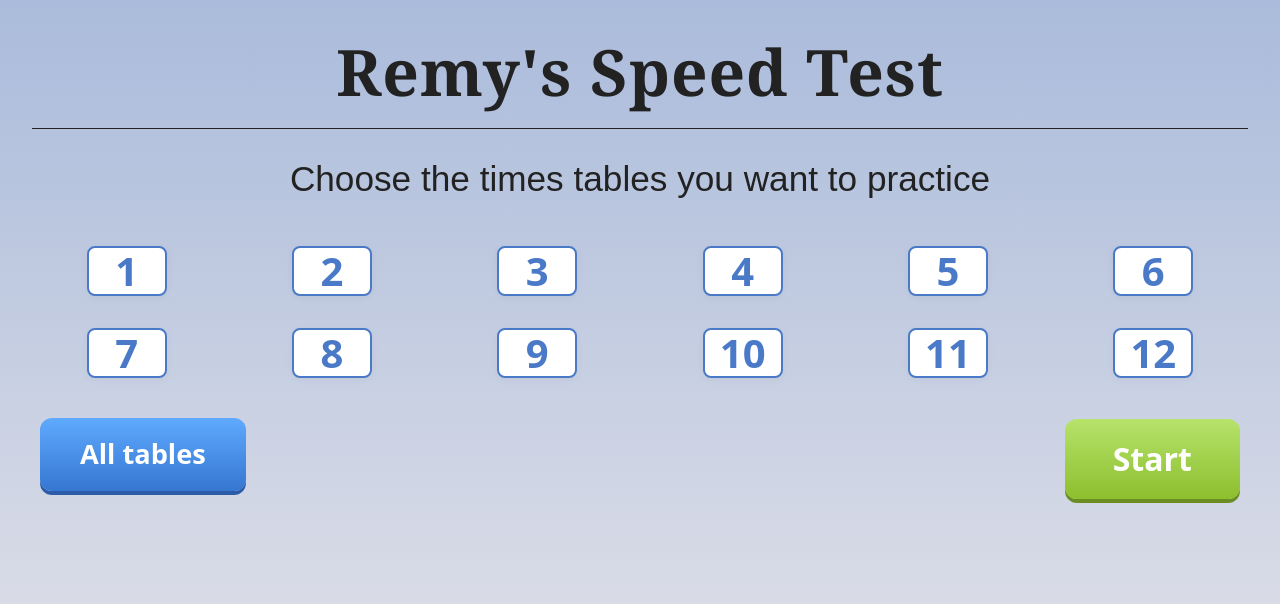
Repository: Chinurum-Omenuko/remys-speed-test
Page: / (app in app/)
These files come from the project's save history. The page is drawn as it stood at one moment and after the next save; the edit follows.
The browser window is 1280 px wide. The pictures show the whole page.
The project was rebuilt for these pictures with package versions that can differ from the ones it lists, and the page was loaded fresh each time. The framework's server and built-in components were replaced by stand-ins that run in the browser. Also part of the build but not shown: app/svelte.config.js, app/vite.config.ts.

Above is the page before, as saved 2025-11-17 09:54:30.

### app/src/routes/+page.svelte

<script lang="ts">
	import { goto } from "$app/navigation";
	import { GameStore } from "../stores/gameStore.svelte";

	let store = GameStore;
	let chosenTables = store.getTables()
	const tables = Array.from({ length: 12 }, (_, i) => i + 1);

	function selectTable(table: number) {
		store.addTables(table)
	}

	function allTables(){
		tables.forEach(table => {
			let index = chosenTables.indexOf(table)
			if(!chosenTables.includes(table)){
				selectTable(table)
				return
			}
			chosenTables.splice(index, 1)
		});
	}


	function start() {
		store.generateQuestions(chosenTables)
		goto("/test")
	}



	function lastResults() {
		alert('Show last results');
	}
</script>
<div class="landing-bg">
	<div style="padding: 1.5rem 2rem 0 2rem;">
		<div class="title">Remy's Speed Test</div>
		<div class="dotted"></div>
		<div class="subtitle">Choose the times tables you want to practice</div>
		<div class="content">
			<div class="tables-grid">
				{#each tables as table}
					<button
						type="button"
						class="table-btn {chosenTables.includes(table) ? 'selected' : ''}"
						on:click={() => {

							selectTable(table)
							}}
						aria-pressed={chosenTables[table] === table}
					>
						{table}
					</button>
				{/each}
			</div>
			<div class="actions">
				<div class="left-actions">
					{#if chosenTables.length == 12}
						<button class="blue-btn" on:click={allTables}>Deselect All Tables</button>
					{:else}
						<button class="blue-btn" on:click={allTables}>All tables</button>
					{/if}
				</div>
				<button class="green-btn" on:click={start}>Start</button>
			</div>
		</div>
	</div>
</div>

<style>
	.landing-bg {
		background: linear-gradient(180deg, #aabbdb, #e2e2e9);
		min-height: 100vh;
		padding: 0;
		margin: 0;
	}
	.title {
		font-size: 4rem;
		font-weight: 700;
		margin: 0 0 0.5rem 0;
		letter-spacing: 1px;
		color: #222;
		font-family: Georgia, 'Times New Roman', Times, serif;
		text-align: center;
	}
	.dotted {
		border-bottom: 1px solid #222;
		margin-bottom: 1.5rem;
	}
	.subtitle {
		font-size: 2.2rem;
		font-weight: 100;
		margin-bottom: 2.5rem;
		text-align: center;
		color: #222;
		font-family: Arial, Helvetica, sans-serif;
	}
	.tables-grid {
		display: grid;
		grid-template-columns: repeat(6, 1fr);
		gap: 2rem;
		max-width: 1200px;
		margin: 0 auto 2.5rem auto;
	}
	.table-btn {
		background: #fff;
		border: 2px solid #4a7ac7;
		border-radius: 8px;
		font-size: 2.5rem;
		font-weight: 700;
		color: #4a7ac7;
		width: 180px;
		height: 130px;
		display: flex;
		align-items: center;
		justify-content: center;
		cursor: pointer;
		transition: box-shadow 0.2s, border 0.2s;
		margin: 0 auto;
		box-shadow: 0 2px 8px rgba(0,0,0,0.04);
	}
	.table-btn.selected {
		border: 3px solid #2e5eaa;
		background: #eaf1ff;
		color: #2e5eaa;
	}
	.actions {
		display: flex;
		justify-content: space-between;
		align-items: flex-end;
		max-width: 1200px;
		margin: 2rem auto 0 auto;
	}
	.left-actions {
		display: flex;
		flex-direction: column;
		gap: 1.2rem;
	}
	.blue-btn {
		background: linear-gradient(180deg, #5faaff 0%, #3576d1 100%);
		color: #fff;
		font-size: 1.7rem;
		font-weight: 600;
		border: none;
		border-radius: 12px;
		padding: 1rem 2.5rem;
		box-shadow: 0 4px 0 #2b5ca7;
		cursor: pointer;
		margin-bottom: 0.5rem;
		transition: background 0.2s;
	}
	.blue-btn:active {
		background: #3576d1;
	}
	.green-btn {
		background: linear-gradient(180deg, #b6e36b 0%, #8dbf2e 100%);
		color: #fff;
		font-size: 2rem;
		font-weight: 700;
		border: none;
		border-radius: 12px;
		padding: 1rem 3rem;
		box-shadow: 0 4px 0 #6b8e23;
		cursor: pointer;
		margin-left: 1rem;
		transition: background 0.2s;
	}
	.green-btn:active {
		background: #8dbf2e;
	}
	@media (max-width: 1100px) {
		.tables-grid {
			grid-template-columns: repeat(4, 1fr);
		}
		.actions {
			flex-direction: column;
			align-items: stretch;
			gap: 2rem;
		}
	}
	@media (max-width: 800px) {
		.tables-grid {
			grid-template-columns: repeat(2, 1fr);
		}
		.table-btn {
			width: 100px;
			height: 80px;
			font-size: 1.5rem;
		}
		.actions {
			flex-direction: column;
			align-items: stretch;
			gap: 2rem;
		}
	}

	@media (min-width: 1200px){
		.table-btn{
			height: 50px;
			width: 80px;
		}
	}
</style>

### app/src/stores/gameStore.svelte.ts
import { writable } from "svelte/store";
import { createQuestions } from "../utils/gameUtils";

function createGameStore(){
    let allQuestions = $state<any[]>([])
    let selectedTables: number[] = $state([])


    return{
        selectedTables,
        get allQuestions(){
            return allQuestions;
        },
        clearSelectedTables: () => {
            selectedTables = []
        },
        getTables: () => selectedTables,
        addTables: (table: number) => {
            let index = selectedTables.indexOf(table)

            if(!selectedTables.includes(table)){
                selectedTables.push(table)
                return
            }

            selectedTables.splice(index,1)

        },
        generateQuestions: (table: number[]) => {
            let questions = createQuestions(table)

            let flat = Object.values(questions).flat();
            allQuestions = [...allQuestions, ...flat];


        },

        removeQuestions: () => allQuestions = []
    }
}

export const GameStore = createGameStore()

### app/src/utils/gameUtils.ts
function makeQuestionObject(table: number){
    let questionsObjectArray = []
    for (let i = 1; i <= 12; i++){
        let question = {
            id: table + '-' + i,
            table: table,
            multiplier: i,
            question: `${table} x ${i}`,
            answer: table * i
        };
        questionsObjectArray.push(question);
    }
    return questionsObjectArray;
}

export function createQuestions(timeTable: number[]){
    let questions = {};

    timeTable.forEach(table => {
        let objectArray = makeQuestionObject(table)
        questions[table] = objectArray
    });
    return questions
}

Loaded but not shown: app/src/app.html (common file); app/src/routes/+layout.svelte (common file); app/src/app.css (common file)

After the next save:
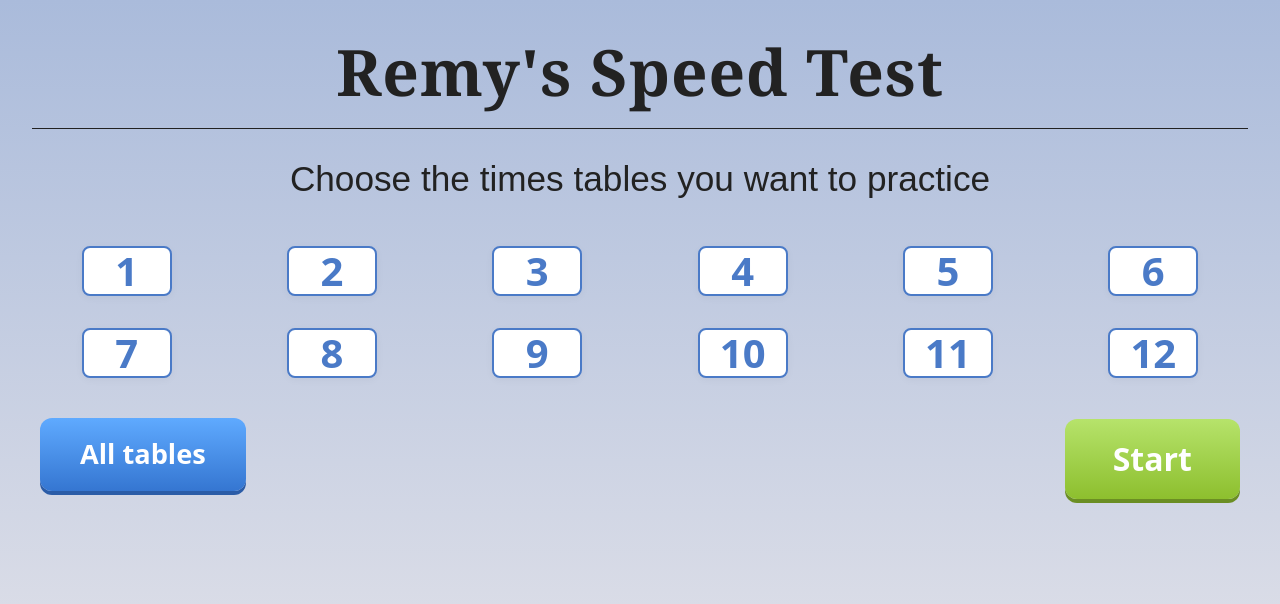
Saved 4 s later.
--- a/app/src/routes/+page.svelte
+++ b/app/src/routes/+page.svelte
@@ -199,7 +199,7 @@
 	@media (min-width: 1200px){
 		.table-btn{
 			height: 50px;
-			width: 80px;
+			width: 90px;
 		}
 	}
 </style>
